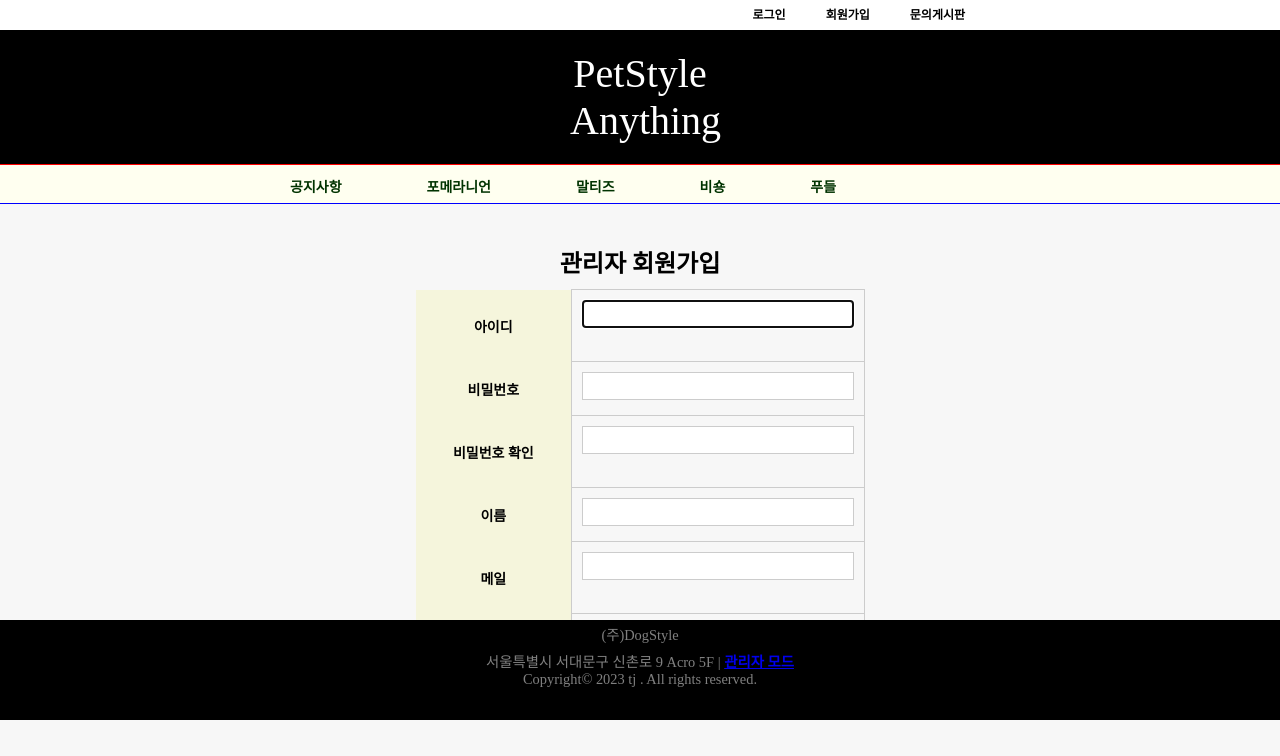
Repository: kdkk2000/Project
Page: http://localhost/petstyle/admin/adminJoin.jsp
An editor plug-in stored every save of this project. The page is shown before and after a run of saves, followed by the edit.
The browser window is 1280 px wide. The pictures show the whole page.
The page is served by Tomcat 9. Other server files are loaded and not shown. The template is opened directly, without the code that normally fills it, so the values that code supplies are empty.

Above is the page before, as saved 2023-03-29 08:13:32.

### petstyle/WebContent/admin/adminJoin.jsp
<%@ page language="java" contentType="text/html; charset=UTF-8"
    pageEncoding="UTF-8"%>
<%@ taglib prefix="c" uri="http://java.sun.com/jsp/jstl/core" %>
<%@ taglib prefix="fmt" uri="http://java.sun.com/jsp/jstl/fmt"%>
<c:set var="conPath" value="${pageContext.request.contextPath }"/>
<!DOCTYPE html>
<html>
<head>
	<meta charset="UTF-8">
	<title>Admin Join</title>
	<link href="${conPath }/css/join.css" rel="stylesheet">
	<link rel="stylesheet" href="//code.jquery.com/ui/1.13.2/themes/base/jquery-ui.css">
	<script src="https://code.jquery.com/jquery-3.6.0.js"></script>
	<script src="https://code.jquery.com/ui/1.13.2/jquery-ui.js"></script>
	<script>
		$(function(){
			$('input[name="adminId"]').keyup(function(){
				var adminId = $(this).val();
				if(adminId.length<2){
					$('#adminIdConfirmResult').text('아이디는 2글자 이상');
				}else{
					$.ajax({
						url : '${conPath}/adminIdConfirm.do',
						type : 'get',
						data : 'adminId='+adminId,
						dataType : 'html',
						success : function(data){
							$('#adminIdConfirmResult').html(data);
						},
					});// ajax함수
				}//if
			});// keyup event
			$('input[name="adminPw"], input[name="adminPwChk"]').keyup(function(){
				var pw = $('input[name="adminPw"]').val();
				var pwChk = $('input[name="adminPwChk"]').val();
				if(pw == pwChk){
					$('#adminPwChkResult').text('비밀번호 일치');
				}else{
					$('#adminPwChkResult').text('비밀번호 불일치');
				}
			});// keyup event(비밀번호 일치 확인용)
			$('form').submit(function(){
				var adminIdConfirmResult = $('#adminIdConfirmResult').text().trim();
				var adminPwChkResult = $('#adminPwChkResult').text().trim();
				if(adminIdConfirmResult != '사용 가능한 ID입니다'){
					alert('사용 불가한 아이디입니다');
					$('input[name="adminId"]').focus();
					return false; // submit 제한
				}else if(adminPwChkResult != '비밀번호 일치'){
					alert('비밀번호를 확인하세요');
					$('input[name="adminPw"]').focus();
					return false;
				}
			});
		});
	</script>
</head>
<body>
	<jsp:include page="../main/header.jsp"/>
	<div id="content_form">
		<form action="${conPath}/adminJoin.do" method="post">
			<table>
				<caption>관리자 회원가입</caption>
				<tr>
				    <th>아이디</th>
				    <td>
				        <input type="text" name="adminId" required="required" autofocus="autofocus">
				        <div id="adminIdConfirmResult"> &nbsp; </div>
				    </td>
				</tr>
				<tr>
				    <th>비밀번호</th>
				    <td><input type="password" name="adminPw" required="required"></td>
				</tr>
				<tr>
				    <th>비밀번호 확인</th>
				    <td>
				        <input type="password" name="adminPwChk" required="required">
				        <div id="adminPwChkResult"> &nbsp; </div>
				    </td>
				</tr>
				<tr>
				    <th>이름</th>
				    <td><input type="text" name="adminName" required="required"></td>
				</tr>
				<tr>
				    <th>메일</th>
				    <td>
				        <input type="text" name="adminEmail" required="required">
				        <div id="adminEmailConfirmResult"> &nbsp; </div>
				    </td>
				</tr>
				<tr>
				    <th>전화번호</th>
				    <td><input type="text" name="adminPhone"></td>
				</tr>
				<tr>
					<td colspan="2">
						<p>
							<input type="submit" value="회원가입" class="btn">
							<input type="button" value="로그인" class="btn" onclick="location='${conPath}/adminLoginView.do'">
						</p>
					</td>
				</tr>
			</table>
		</form>
	</div>
	<jsp:include page="../main/footer.jsp"/>
</body>
</html>

### petstyle/WebContent/main/header.jsp
<%@ page language="java" contentType="text/html; charset=UTF-8"
    pageEncoding="UTF-8"%>
<%@taglib prefix="c" uri="http://java.sun.com/jsp/jstl/core"%>
<%@taglib prefix="fmt" uri="http://java.sun.com/jsp/jstl/fmt" %>
<c:set var="conPath" value="${pageContext.request.contextPath }"/>
<!DOCTYPE html>
<html>
<head>
	<meta charset="UTF-8">
	<title>Insert title here</title>
<style>
	*{padding:0; margin: 0;}
	header {
		background-color: black; font-size: 10pt; color: white;
	}
	header a {text-decoration: none; font-weight: bold;}
	header li {list-style: none;}
	header .gnb {
	    width: 100%;
	    background-color: white;
	    margin-left: auto;
	}
	header .gnb ul {
		overflow: hidden;
		width:700px;
		height: 30px;
		line-height: 30px;
		margin: 0 auto;
	}
	header .gnb ul li {	float: right; margin-right:10px;}
	header .gnb a {
		color : black;
		font-size: 0.9em;
		display: block;
		padding-left:15px;
		padding-right:15px;
	}
	header .gnb a:hover {
		font-size: 1.2em;
  		background-color: black;
  		color: white;
	}

	header .logo{
		width:140px; text-align:center;
		margin: 20px auto; font-size:3em;
		cursor: pointer;
	}
	header .lnb {
		background-color: ivory;
	  	width: 100%; height: 40px;
	  	border-top: 1px solid red;
		border-bottom: 1px solid blue;
		position:relative; /*서브메뉴가 main영역 위로 */
	}
	header .lnb ul{
		text-align:center;
		overflow: hidden;
		width:800px;
		margin: 0 auto;
	}
	header .lnb ul>li {
		font-weight: bold;
		font-size: 14px;
		margin: 5px;
		margin-left: 20px;
		float:left;
		padding:5px 30px;
		line-height: 25px;
	}
	header .lnb li:hover {
  		background-color: black;
  		color: white;
	}
	header .lnb a {
		color : white;
		font-size: 0.9em;
		display: block;
		padding-left:15px;
		padding-right:15px;
	}
	header .lnb a:hover {
  		background-color: yellow;
  		color: black;
	}
	header .lnb li {color: #003300;}
	header .lnb ul li .subMenu {display:none;}
	header .lnb ul li:hover .subMenu {display: block; margin: 10px 0 0 0;}
</style>
</head>
<body>
<header>
	<c:if test="${empty user and empty admin}"> <%-- 로그인 전 화면 --%>
		<div class="gnb">
			<ul>
				<li><a href="${conPath }/boardList.do">문의게시판</a></li>
				<li><a href="${conPath }/joinView.do">회원가입</a></li>
				<li><a href="${conPath }/loginView.do">로그인</a></li>
			</ul>
		</div>
		<div class="logo" onclick="location.href='${conPath}/main.do'">
			PetStyle Anything
		</div>
		<div class="lnb">
			<ul>
				<li>공지사항
					<ol class="subMenu">
						<li><a href="${conPath }/noticeList.do">공지사항</a></li>
					</ol>
				</li>
				<li>포메라니언
					<ol class="subMenu">
						<li><a href="../fileBoardUp/dog.jpg">곰돌이컷</a></li>
						<li><a href="#">물개컷</a></li>
						<li><a href="#">포메컷</a></li>
						<li><a href="#">라이언컷</a></li>
						<li><a href="#">풀코트</a></li>
					</ol>
				</li>
				<li>말티즈
					<ol class="subMenu">
						<li><a href="#">알밤컷</a></li>
						<li><a href="#">곰돌이컷</a></li>
						<li><a href="#">베이비컷 </a></li>
						<li><a href="#">무스타슈 </a></li>
					</ol>
				</li>
				<li>비숑
					<ol class="subMenu">
						<li><a href="#">하이바컷</a></li>
						<li><a href="#">귀툭튀컷</a></li>
					</ol>
				</li>
				<li>푸들
					<ol class="subMenu">
						<li><a href="#">양컷</a></li>
						<li><a href="#">몽키컷</a></li>
						<li><a href="#">브로콜리컷</a></li>
						<li><a href="#">테디베어컷</a></li>
						<li><a href="#">귀똑컷</a></li>
					</ol>
				</li>
			</ul>
		</div>
	</c:if>
	<c:if test="${not empty user and empty admin}"> <%-- 사용자 모드 로그인 화면--%>
		<div class="gnb">
			<ul>
				<li><a href="${conPath }/boardList.do">문의게시판</a></li>
				<li><a href="${conPath }/logout.do">로그아웃</a></li>
				<li><a href="${conPath }/modifyView.do">정보수정</a></li>
				<li><a>${user.userName }님 &nbsp; ▶</a></li>
			</ul>
		</div>
		<div class="logo" onclick="location.href='${conPath}/main.do'">
			PetStyle Anything
		</div>
		<div class="lnb">
			<ul>
				<li>공지사항
					<ol class="subMenu">
						<li><a href="${conPath }/noticeList.do">공지사항</a></li>
					</ol>
				</li>
				<li>포메라니언
					<ol class="subMenu">
						<li><a href="#">곰돌이컷</a></li>
						<li><a href="#">물개컷</a></li>
						<li><a href="#">포메컷</a></li>
						<li><a href="#">라이언컷</a></li>
						<li><a href="#">풀코트컷</a></li>
					</ol>
				</li>
				<li>말티즈
					<ol class="subMenu">
						<li><a href="#">알밤컷</a></li>
						<li><a href="#">곰돌이컷</a></li>
						<li><a href="#">베이비컷 </a></li>
						<li><a href="#">무스타슈컷 </a></li>
					</ol>
				</li>
				<li>비숑
					<ol class="subMenu">
						<li><a href="#">하이바컷</a></li>
						<li><a href="#">귀툭튀컷</a></li>
					</ol>
				</li>
				<li>푸들
					<ol class="subMenu">
						<li><a href="#">양컷</a></li>
						<li><a href="#">몽키컷</a></li>
						<li><a href="#">브로콜리컷</a></li>
						<li><a href="#">테디베어컷</a></li>
						<li><a href="#">귀똑컷</a></li>
					</ol>
				</li>
			</ul>
		</div>
	</c:if>
	<c:if test="${empty user and not empty admin}"> <%-- 관리자 모드 로그인 화면--%>
		<div class="gnb">
			<ul>
				<li><a href="${conPath }/boardList.do">문의게시판</a></li>
				<li><a href="${conPath }/logout.do">관리자모드나가기</a></li>
				<li><a href="${conPath }/adminModify.do">정보수정</a></li>
				<li><a>${admin.adminName }님 &nbsp; ▶</a></li>
			</ul>
		</div>
		<div class="logo" onclick="location.href='${conPath}/main.do'">
			PetStyle Anything
		</div>
		<div class="lnb">
			<ul>
				<li>공지사항
					<ol class="subMenu">
						<li><a href="${conPath }/noticeList.do">공지사항</a></li>
					</ol>
				</li>
				<li>회원 리스트
					<ol class="subMenu">
						<li><a href="${conPath }/allUser.do">회원 리스트</a></li>
					</ol>
				</li>
				<li>관리자 메모장
					<ol class="subMenu">
						<li><a href="#">관리자 메모장</a></li>
					</ol>
				</li>
			</ul>
		</div>
	</c:if>
</header>
</body>
</html>

### petstyle/WebContent/main/footer.jsp
<%@ page language="java" contentType="text/html; charset=UTF-8"
    pageEncoding="UTF-8"%>
<%@taglib prefix="c" uri="http://java.sun.com/jsp/jstl/core"%>
<%@taglib prefix="fmt" uri="http://java.sun.com/jsp/jstl/fmt" %>
<c:set var="conPath" value="${pageContext.request.contextPath }"/>
<!DOCTYPE html>
<html>
<head>
<meta charset="UTF-8">
<title>Insert title here</title>
	<style>
	footer {
		position: fixed;
		bottom: 0;
		height: 100px;
		background-color: black;
		width: 100%;
	}

	#footer_conts {
		color: gray;
		font-size: 0.9em;
		text-align: center;
		margin: 0 auto;
		width: 80%;
	}

	#footer_conts p:first-child {
		height: 30px;
		line-height: 30px;
	}
</style>
</head>
<body>
	<footer>
		<div id="footer_conts">
			<p>(주)DogStyle</p>
			<p>서울특별시 서대문구 신촌로 9 Acro 5F | <b><a href="${conPath }/adminLoginView.do">관리자 모드</a></b></p>
			<p>Copyright© 2023 tj . All rights reserved.</p>
		</div>
	</footer>
</body>
</html>

### petstyle/WebContent/css/join.css
@charset "UTF-8";

* {
	box-sizing: border-box;
  	margin: 0;
	padding: 0;
}

body {
  	background-color: #f7f7f7;
}

#content_form {
  	margin: 40px auto;
  	width: 450px;
}

table {
  	border-collapse: collapse;
  	margin: 0 auto;
  	width: 100%;
  	font-size: 16px;
}

table caption {
  	font-size: 24px;
  	font-weight: bold;
  	margin-bottom: 10px;
}

table th {
  	background-color: beige;
  	color: black;
  	font-size: 14px;
  	padding: 10px;
  	text-align: center;
}

table td {
  	border: 1px solid #ccc;
  	padding: 10px;
}

table td:first-child {
  	font-weight: bold;
  	width: 100px;
}

input[type="text"],
input[type="password"],
textarea {
  	border: 1px solid #ccc;
  	padding: 6px;
  	font-size: 12px;
  	width: 100%;
  	margin-bottom: 5px;
}

#userIdConfirmResult,
#userPwChkResult,
#userEmailConfirmResult {
  	font-size: 12px;
  	font-weight: bold;
  	color: red;
  	margin-top: 5px;
}

.btn {
  	background-color: #4CAF50;
  	border: none;
  	border-radius: 5px;
  	color: #fff;
  	cursor: pointer;
  	padding: 5px 10px;
  	font-size: 12px;
  	text-align: center;
}

.btn:hover {
  	background-color: black;
}

.btn:last-child {
  	margin-right: 0;
}

After the next 2 saves:
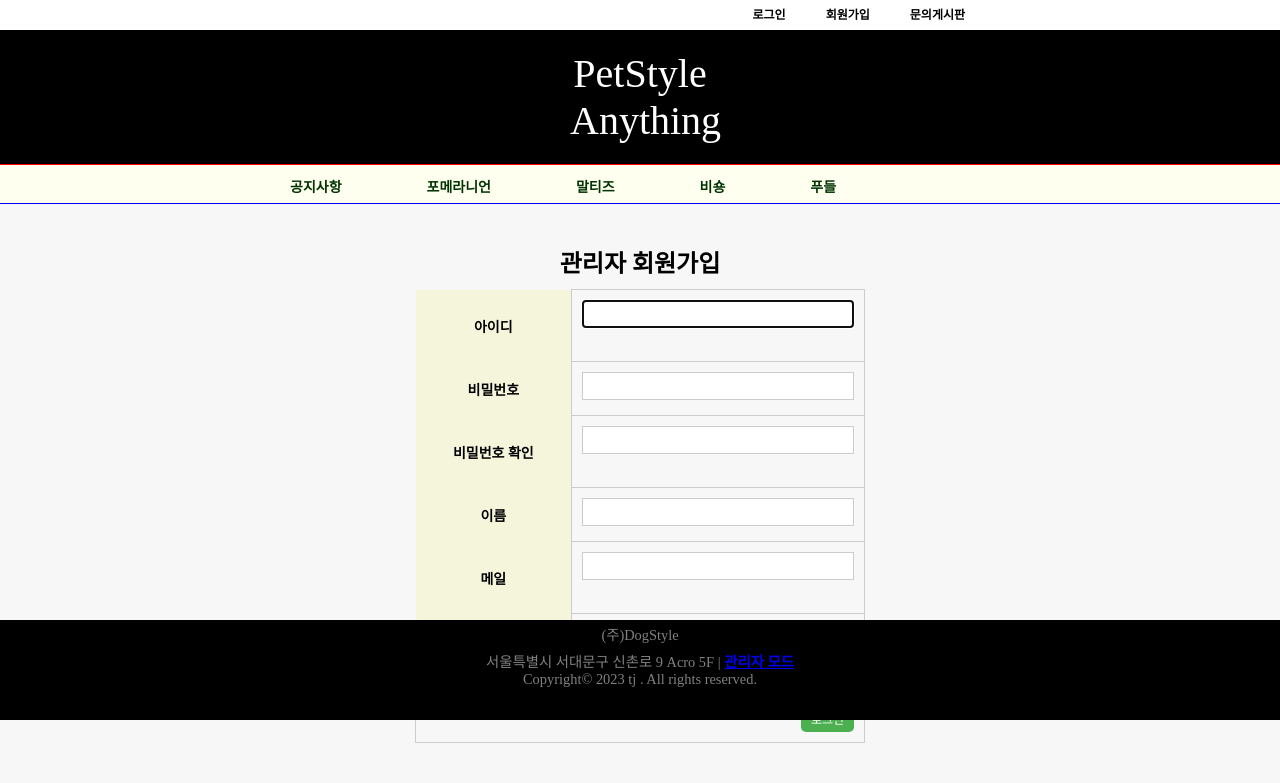
The 2 saves are shown as one change because they came seconds apart.
The last was saved 7 min 11 s later.
--- a/petstyle/WebContent/css/join.css
+++ b/petstyle/WebContent/css/join.css
@@ -74,6 +74,8 @@
   	padding: 5px 10px;
   	font-size: 12px;
   	text-align: center;
+  	display: block;
+	margin: 0 auto;
 }
 
 .btn:hover {

After the save that followed:
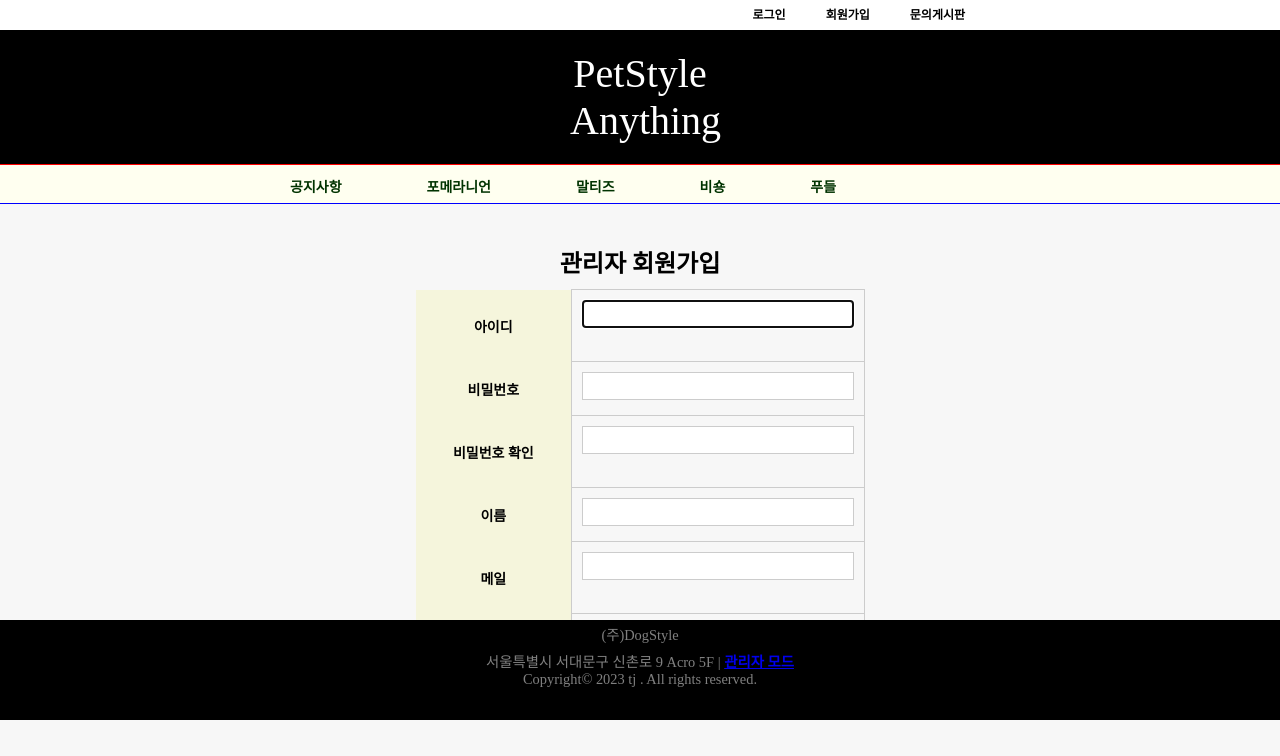
Saved 15 s later.
--- a/petstyle/WebContent/css/join.css
+++ b/petstyle/WebContent/css/join.css
@@ -74,7 +74,6 @@
   	padding: 5px 10px;
   	font-size: 12px;
   	text-align: center;
-  	display: block;
 	margin: 0 auto;
 }
 
